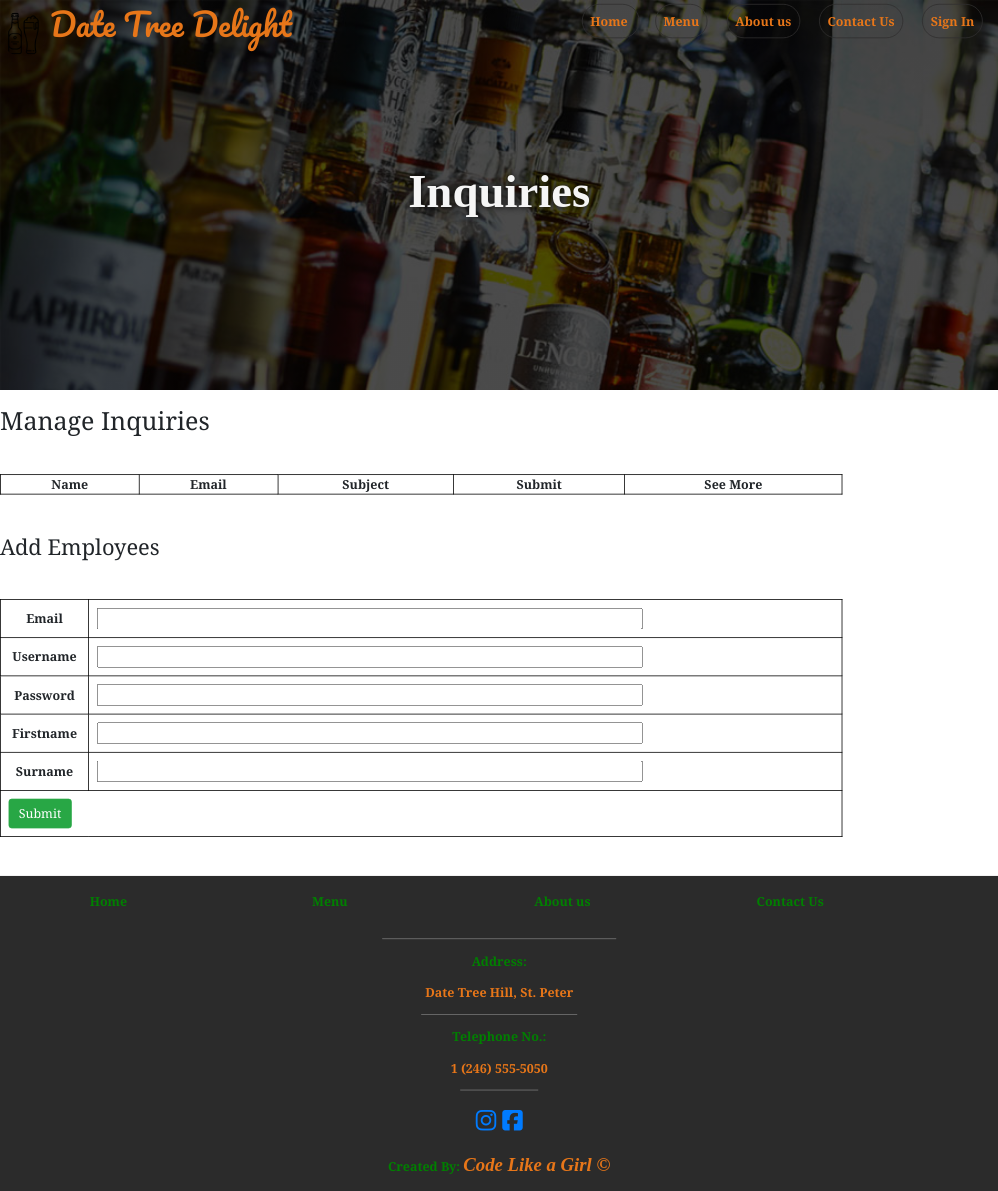
Repository: jadagoring/DateTreeDelight
Page: http://localhost/inquiryinfo.php
The author's editor kept a copy of each file at every save. The page is drawn from the files as they stood at one save, then again after the next save.
The browser window is 1280 px wide. The pictures show the whole page, at 78% of full size.
Some web fonts or font styles are not loaded; a fallback is used. Some web libraries are served in a nearby version. The page is run by PHP 8.4 with error messages shown; the project is at /var/www/html/. Queries for data that is not in the repository find no rows.

Above is the page before, as saved 2020-06-04 19:13:12.

After the next save:
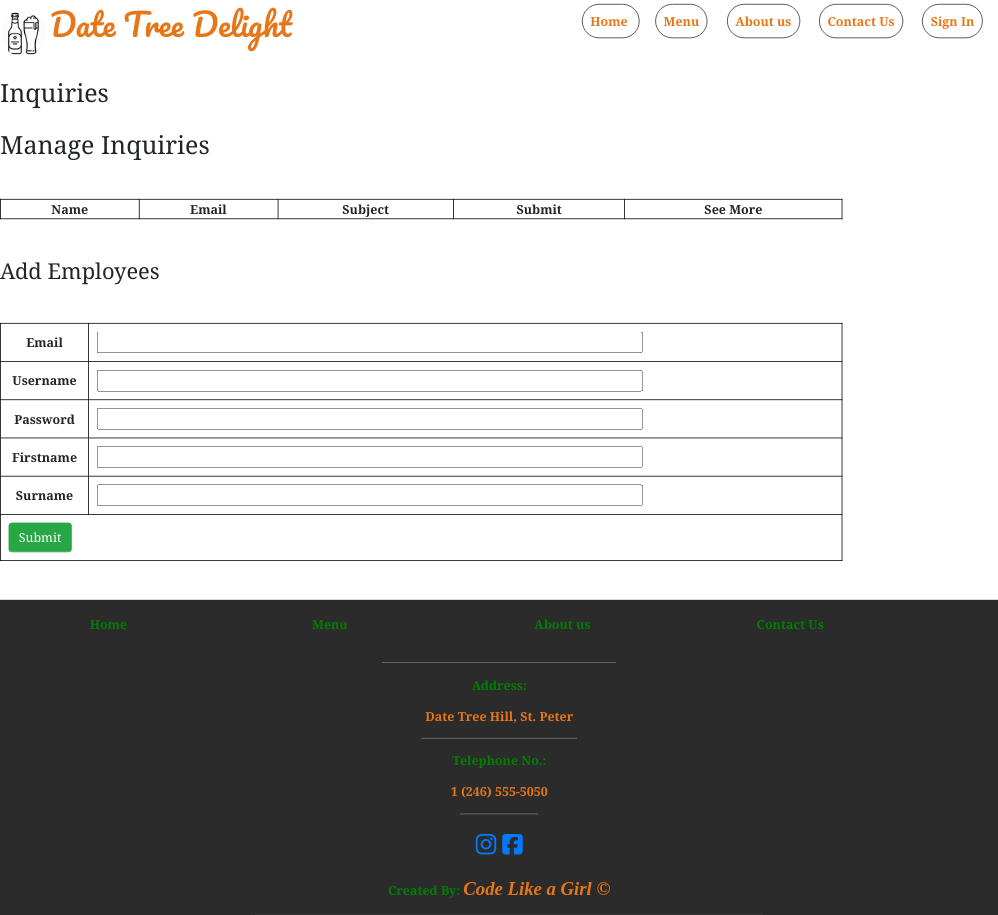
Saved 37 s later.
--- a/inquiryinfo.php
+++ b/inquiryinfo.php
@@ -3,12 +3,12 @@ include "templates/header.php";
 $connect = mysqli_connect("localhost", "root", "", "cart_system");
 ?>
 
-<div class="inq-header">
+<div class="inq-info-header">
     <div class="seperator-div"></div>
-    <h2 class="inq-hdr">Inquiries</h2>
+    <h2 class="inq-info-hdr">Inquiries</h2>
 </div>
 
-<div class="inq-body">
+<div class="inq-info-body">
     <table>
         <h2 style="padding-top: 20px;">Manage Inquiries</h2>
         <tr>
